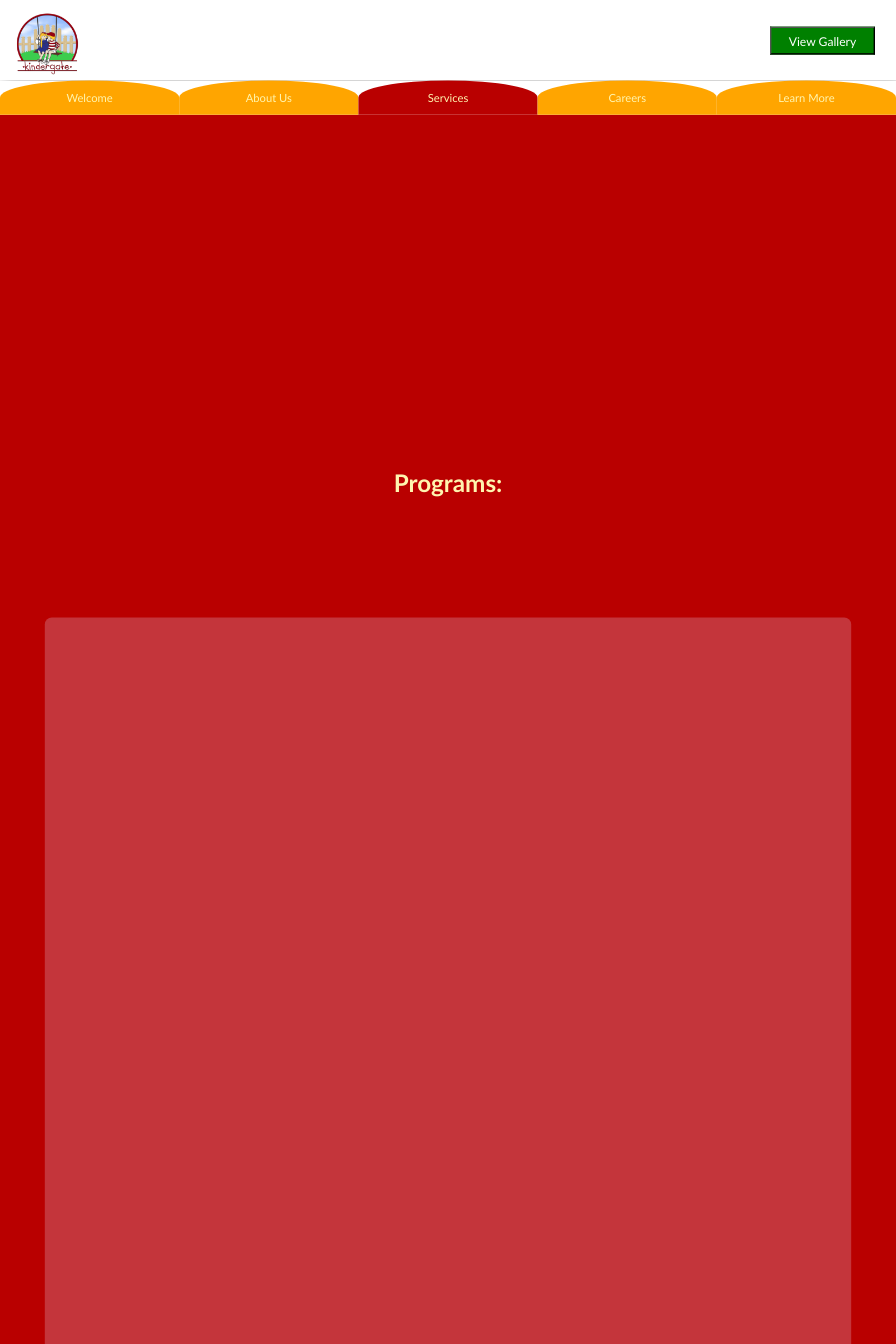
Repository: Parkerboling1/Kindergate-Final-Copy-copy
Page: services.html
The author's editor kept a copy of each file at every save. The page is drawn from the files as they stood at one save, then again after the next save.
The browser window is 1280 px wide. The pictures show the part of the page from y = 0 to 1920 px (the page is 9945 px tall), at 70% of full size.

Above is the page before, as saved 2024-06-04 12:26:17.

After the next save:
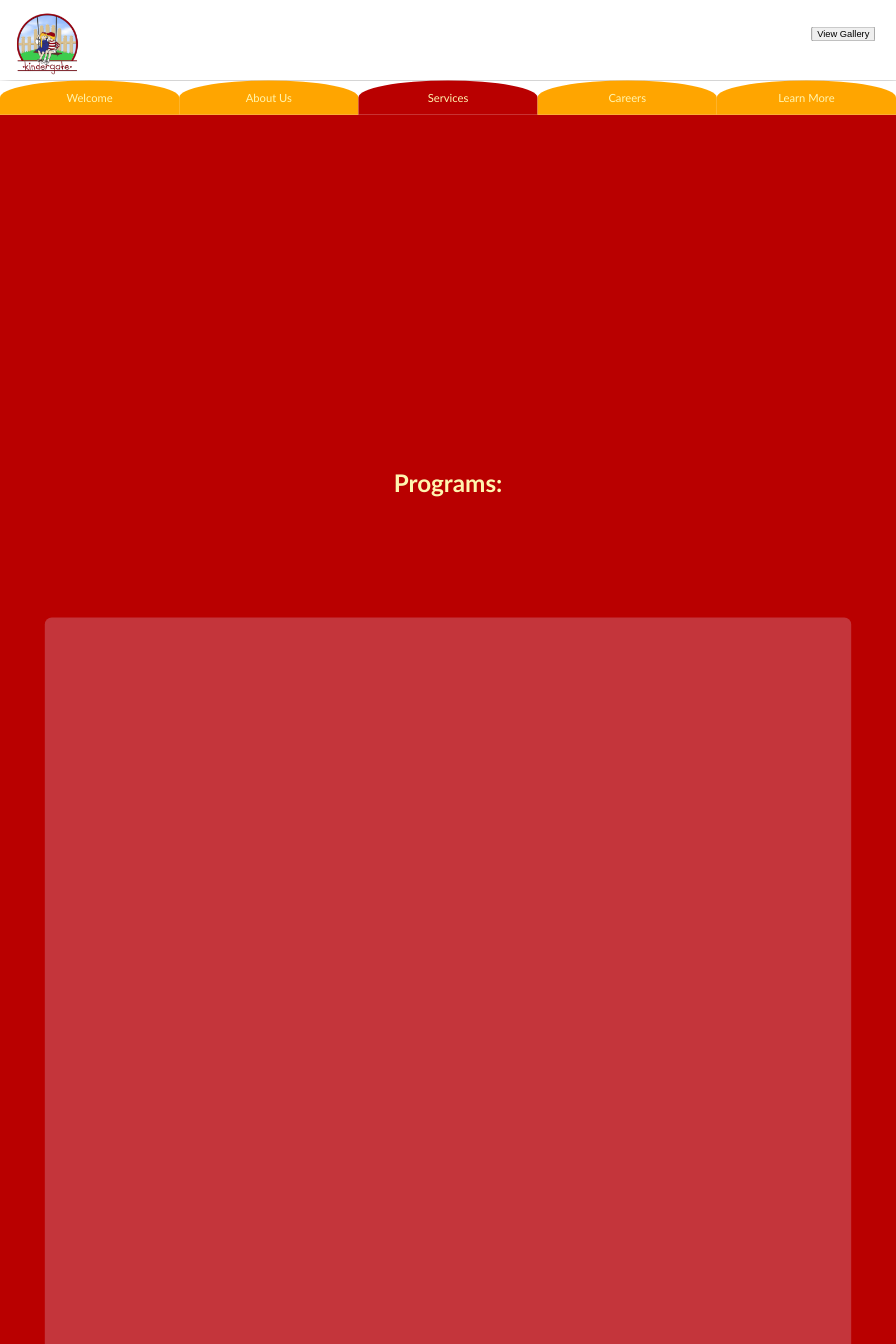
Saved 15 s later.
--- a/services.html
+++ b/services.html
@@ -40,7 +40,7 @@
       </a>
 
       <a href="/Gallery.html" class="headerviewlink hide-for-mobile ">
-        <button class="viewgallery btn">View Gallery</button>
+        <button class=" btn">View Gallery</button>
       </a>
       <div class="menutoggle hide-for-desktop">
         <!-- Use any element to open/show the overlay navigation menu -->
